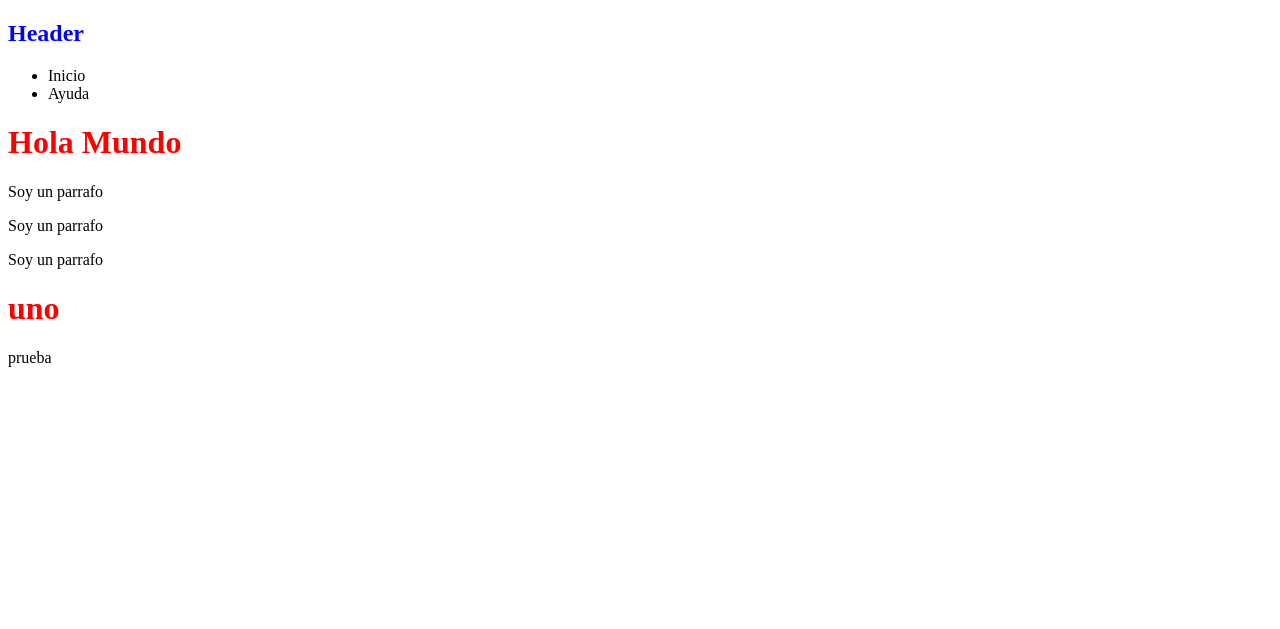
Repository: Klauditha/desafio_modulo_react
Page: / (app in 01_Introduccion/ClasePrincipal/)
The author's editor kept a copy of each file at every save. The page is drawn from the files as they stood at one save, then again after the next save.
The browser window is 1280 px wide. The pictures show the whole page.
The project was rebuilt for these pictures with package versions that can differ from the ones it lists, and the page was loaded fresh each time. Also part of the build but not shown: 01_Introduccion/ClasePrincipal/vite.config.js, 01_Introduccion/ClasePrincipal/src/index.css.

Above is the page before, as saved 2023-09-07 23:51:26.

After the next save:
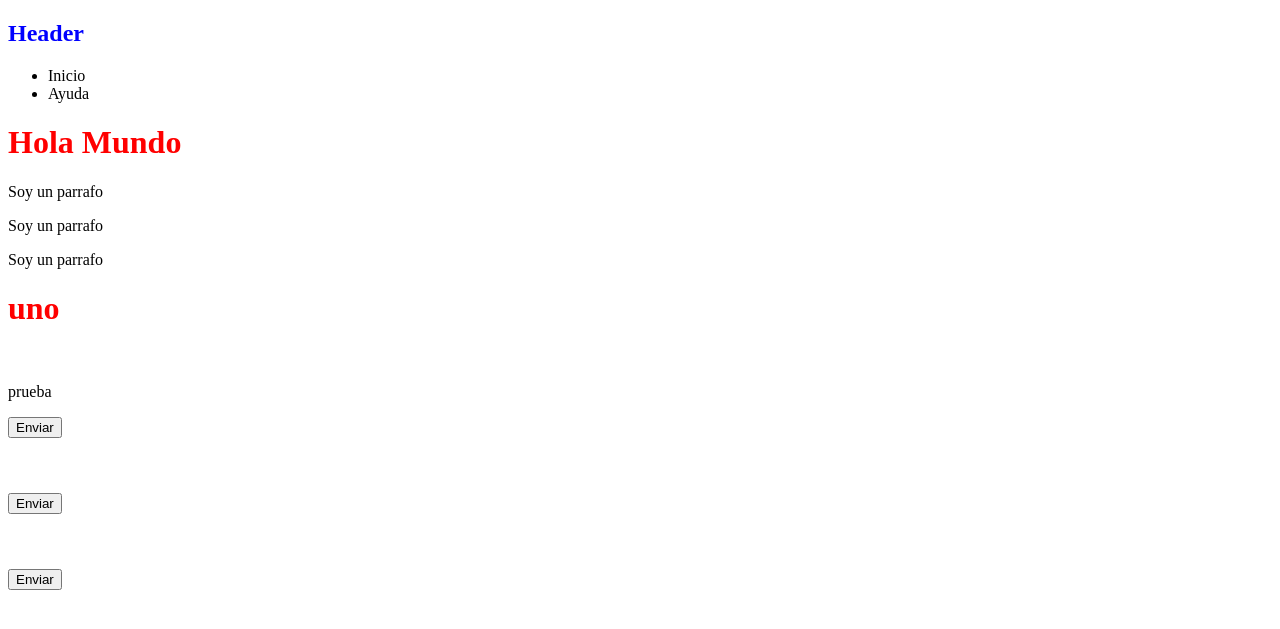
Saved 88 s later.
--- a/01_Introduccion/ClasePrincipal/src/components/Card.jsx
+++ b/01_Introduccion/ClasePrincipal/src/components/Card.jsx
@@ -3,8 +3,9 @@ export const Card = (props) => {
   return (
     <>
     <h1>{props.titulo}</h1>
-    <div>{props.imagen}</div>
-    <div>{props.texto}</div>
+    <img src={props.imagen}/>
+    <p>{props.texto}</p>
+    <button>Enviar</button>
     </>
   )
 }
